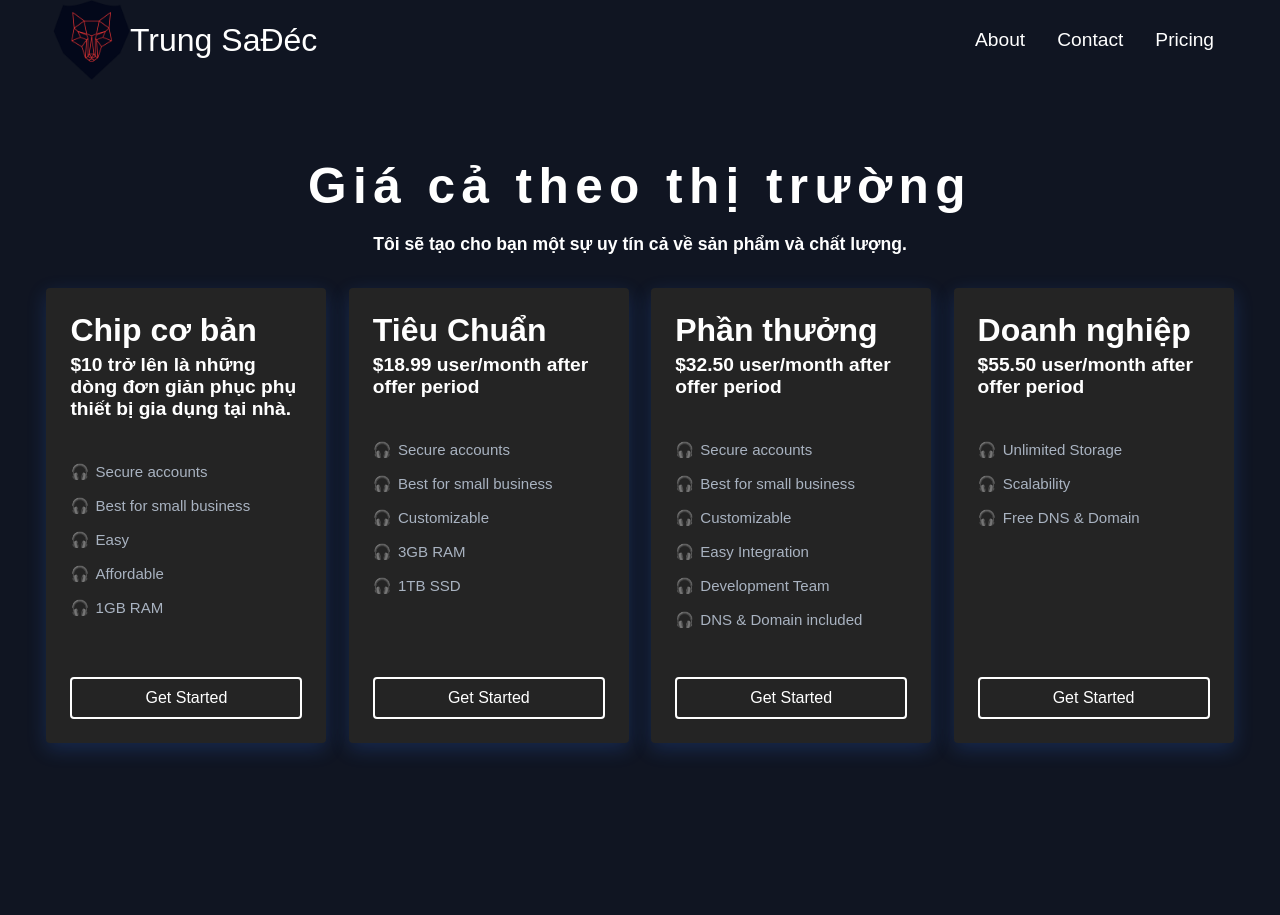
Repository: fdhhhdjd/Profile-Gift-B_H_Q_Trung
Page: /pricing
An editor plug-in stored every save of this project. The page is shown before and after the next save, followed by the edit.
The browser window is 1280 px wide. The pictures show the whole page.
The project was rebuilt for these pictures with package versions that can differ from the ones it lists, and the page was loaded fresh each time. Also part of the build but not shown: src/App.css, src/Pages/Home.js, src/Styles/HeroStyles.js, src/Components/Hero.js. Imported but missing from the stored project, and not drawn on this page: src/Pages/SignUpPage.

Above is the page before, as saved 2021-10-28 16:58:15.

### src/App.js
import logo from "./logo.svg";
import "./App.css";
import { BrowserRouter as Router, Switch, Route } from "react-router-dom";
import { Home, Navbar, GlobalStyles, PricingPage } from "./Imports/Index";
function App() {
  return (
    <>
      <Router>
        <GlobalStyles />
        <Navbar />
        <Switch>
          <Route path="/" exact component={Home} />
          <Route path="/pricing" exact component={PricingPage} />
        </Switch>
      </Router>
    </>
  );
}

export default App;

### src/Imports/Index.js
export { default as Home } from "../Pages/Home";
export { default as PricingPage } from "../Pages/PricingPage";
export { default as SignUpPage } from "../Pages/SignUpPage";
export { default as Navbar } from "../Components/Navbar";
export { default as GlobalStyles } from "../Styles/GlobalStyles";
export { default as Hero } from "../Components/Hero";

### src/Pages/PricingPage.js
import React from "react";
import { Button, Heading, TextWrapper } from "../Styles/GlobalStyles";
import { IconContext } from "react-icons/lib";
import {
  PricingSection,
  PricingWrapper,
  PricingContainer,
  PricingCardInfo,
  PricingCardPlan,
  PricingCardCost,
  PricingCardFeatures,
  PricingCardText,
  PricingCardFeature,
  PricingCard,
} from "../Styles/PricingStyles";
import { pricingData } from "../Data/PricingData";
const PricingPage = () => {
  return (
    <>
      <IconContext.Provider value={{ color: "#a9b3c1", size: "1rem" }}>
        <PricingSection id="pricing">
          <PricingWrapper>
            <Heading>Giá cả theo thị trường</Heading>

            <TextWrapper
              mb="1.4rem"
              weight="600"
              size="1.1rem"
              color="white"
              align="center"
            >
              <br />
              Tôi sẽ tạo cho bạn một sự uy tín cả về sản phẩm và chất lượng.
            </TextWrapper>
            <PricingContainer>
              {pricingData.map((card, index) => (
                <PricingCard key={index}>
                  <PricingCardInfo>
                    <PricingCardPlan>{card.title}</PricingCardPlan>
                    <PricingCardCost>{card.price}</PricingCardCost>
                    <PricingCardText>{card.description}</PricingCardText>
                    <PricingCardFeatures>
                      {card.features.map((feature, index) => (
                        <PricingCardFeature key={index}>
                          {feature}
                        </PricingCardFeature>
                      ))}
                    </PricingCardFeatures>
                    <Button>Get Started</Button>
                  </PricingCardInfo>
                </PricingCard>
              ))}
            </PricingContainer>
          </PricingWrapper>
        </PricingSection>
      </IconContext.Provider>
    </>
  );
};

export default PricingPage;

### src/Components/Navbar.js
import React, { useState } from "react";
import { data } from "../Data/NavbarData";
import { FaRProject, FaTimes } from "react-icons/fa";
import { CgMenuRight } from "react-icons/cg";
import { IconContext } from "react-icons";
import { useLocation, useHistory } from "react-router-dom";
import {
  Nav,
  NavbarContainer,
  NavIcon,
  NavLogo,
  MobileIcon,
  NavMenu,
  NavItem,
  NavLinks,
} from "../Styles/NavbarStyles";
const Navbar = () => {
  const [show, setShow] = useState(false);
  let history = useHistory();
  let location = useLocation();
  const handleClick = () => {
    setShow(!show);
  };
  const scrollTo = (id) => {
    const element = document.getElementById(id);

    element.scrollIntoView({
      behavior: "smooth",
    });
  };
  const closeMobileMenu = (to, id) => {
    if (id && location.pathname === "/") {
      scrollTo(id);
    }

    history.push(to);
    setShow(false);
  };

  return (
    <>
      <IconContext.Provider value={{ color: "#fff" }}>
        <Nav>
          <NavbarContainer>
            <NavLogo to="/">
              <NavIcon src="./assets/logo2.png" alt="logo" />
              Trung&nbsp;SaĐéc
            </NavLogo>
            <MobileIcon onClick={handleClick}>
              {show ? <FaTimes /> : <CgMenuRight />}
            </MobileIcon>
            <NavMenu show={show}>
              {data.map((el, index) => (
                <NavItem key={index}>
                  <NavLinks onClick={() => closeMobileMenu(el.to, el.id)}>
                    {el.title}
                  </NavLinks>
                </NavItem>
              ))}
            </NavMenu>
          </NavbarContainer>
        </Nav>
      </IconContext.Provider>
    </>
  );
};

export default Navbar;

### src/Styles/GlobalStyles.js
import styled, { createGlobalStyle } from "styled-components";

const GlobalStyle = createGlobalStyle`
  *{
    box-sizing: border-box;
  margin: 0;
  padding: 0;
  font-family: 'Montserrat', sans-serif;
  }
`;

export const Container = styled.div`
  width: 100%;
  max-width: 1300px;
  margin-right: auto;
  margin-left: auto;
  padding: 0 50px;

  @media screen and (max-width: 960px) {
    padding: 0 30px;
  }
`;
export const MainHeading = styled.h1`
  font-size: clamp(2.3rem, 6vw, 4.5rem);
  margin-bottom: 2rem;
  color: ${({ inverse }) => (inverse ? "$403ae3" : "#fff")};
  width: 100%;
  letter-spacing: 4px;
  text-align: center;
`;

export const Heading = styled.h2`
  font-size: clamp(1.3rem, 13vw, 3.1rem);
  margin: ${({ margin }) => (margin ? margin : "")};
  margin-bottom: ${({ mb }) => (mb ? mb : "")};
  margin-top: ${({ mt }) => (mt ? mt : "")};
  color: ${({ inverse }) => (inverse ? "$403ae3" : "#fff")};
  letter-spacing: 0.4rem;
  line-height: 1.06;
  text-align: center;
  width: ${({ width }) => (width ? width : "100%")};
`;
export const TextWrapper = styled.span`
  color: ${({ color }) => (color ? color : "")};
  font-size: ${({ size }) => (size ? size : "")};
  font-weight: ${({ weight }) => (weight ? weight : "")};
  letter-spacing: ${({ spacing }) => (spacing ? spacing : "")};
  padding: ${({ padding }) => (padding ? padding : "")};
  margin: ${({ margin }) => (margin ? margin : "")};
  margin-bottom: ${({ mb }) => (mb ? mb : "")};
  margin-top: ${({ mt }) => (mt ? mt : "")};
`;
export const Section = styled.section`
  padding: ${({ padding }) => (padding ? padding : "140px 0")};
  margin: ${({ margin }) => (margin ? margin : "")};
  background: ${({ inverse }) => (inverse ? "white" : "#071c2f")};
  position: ${({ position }) => (position ? position : "")};
  width: ${({ width }) => (width ? width : "auto")};
  min-width: ${({ minWidth }) => (minWidth ? minWidth : "auto")};
  max-width: ${({ maxWidth }) => (maxWidth ? maxWidth : "auto")};
  height: ${({ height }) => (height ? height : "auto")};
  max-height: ${({ maxHeight }) => (maxHeight ? maxHeight : "auto")};
  min-height: ${({ minHeight }) => (minHeight ? minHeight : "auto")};

  @media screen and (max-width: 768px) {
    padding: ${({ smPadding }) => (smPadding ? smPadding : "70px 0")};
  }
`;

export const Row = styled.div`
  display: flex;
  justify-content: ${({ justify }) => (justify ? justify : "")};
  align-items: ${({ align }) => (align ? align : "")};
  gap: ${({ gap }) => (gap ? gap : "")};
  padding: ${({ padding }) => (padding ? padding : "")};
  margin: ${({ margin }) => (margin ? margin : "")};
  position: ${({ position }) => (position ? position : "")};
  width: ${({ width }) => (width ? width : "auto")};
  min-width: ${({ minWidth }) => (minWidth ? minWidth : "auto")};
  max-width: ${({ maxWidth }) => (maxWidth ? maxWidth : "auto")};
  height: ${({ height }) => (height ? height : "auto")};
  max-height: ${({ maxHeight }) => (maxHeight ? maxHeight : "auto")};
  min-height: ${({ minHeight }) => (minHeight ? minHeight : "auto")};
  flex-wrap: ${({ wrap }) => (wrap ? wrap : "")};
`;

export const Column = styled.div`
  display: flex;
  flex-direction: column;
  justify-content: ${({ justify }) => (justify ? justify : "")};
  align-items: ${({ align }) => (align ? align : "")};
  gap: ${({ gap }) => (gap ? gap : "")};
  padding: ${({ padding }) => (padding ? padding : "")};
  margin: ${({ margin }) => (margin ? margin : "")};
  position: ${({ position }) => (position ? position : "")};
  width: ${({ width }) => (width ? width : "auto")};
  min-width: ${({ minWidth }) => (minWidth ? minWidth : "auto")};
  max-width: ${({ maxWidth }) => (maxWidth ? maxWidth : "auto")};
  height: ${({ height }) => (height ? height : "auto")};
  max-height: ${({ maxHeight }) => (maxHeight ? maxHeight : "auto")};
  min-height: ${({ minHeight }) => (minHeight ? minHeight : "auto")};
`;

export const Button = styled.button`
  border-radius: 4px;
  background: none;
  white-space: nowrap;
  padding: 10px 20px;
  font-size: 16px;
  color: #fff;
  outline: none;
  border: 2px solid #fff;
  cursor: pointer;
  overflow: hidden;
  position: relative;

  &:before {
    background: #fff;
    content: "";
    position: absolute;
    top: 50%;
    left: 50%;
    transform: translate(-50%, -50%);
    z-index: -1;
    transition: all 0.6s ease;
    width: 100%;
    height: 0%;
    transform: translate(-50%, -50%) rotate(45deg);
  }

  &:hover:before {
    height: 500%;
  }

  &:hover {
    color: black;
  }
`;

export default GlobalStyle;

### src/Styles/PricingStyles.js
import styled from "styled-components";

export const PricingSection = styled.div`
  padding: 160px 0;
  display: flex;
  flex-direction: column;
  justify-content: center;
  background: #101522;
`;

export const PricingWrapper = styled.div`
  display: flex;
  flex-direction: column;
  align-items: center;
  margin: 0 auto;

  @media screen and (max-width: 960px) {
    margin: 0 30px;
    display: flex;
    flex-direction: column;
    align-items: center;
  }
`;

export const PricingContainer = styled.div`
  display: flex;
  justify-content: center;
  flex-flow: wrap;
  > div {
    margin: 0.7rem;
  }

  @media screen and (max-width: 768px) {
    display: flex;
    flex-direction: column;
    justify-content: center;
    align-items: center;
    width: 100%;
    > div {
      width: 90%;
    }
  }
`;

export const PricingCard = styled.div`
  &:hover {
    transform: scale(1.06);
    transition: all 0.3s ease-out;
  }
`;

export const PricingCardInfo = styled.div`
  background: #242424;
  box-shadow: 0 6px 20px rgba(56, 125, 255, 0.2);
  width: 280px;
  text-decoration: none;
  border-radius: 4px;
  height: 100%;

  display: flex;
  flex-direction: column;
  padding: 24px;
  color: #fff;
  margin: auto;
  > button {
    margin-top: auto;

    &:hover {
      color: black;
      background: white;
      transition: background 0.3s ease;
    }
  }

  @media screen and (max-width: 768px) {
    width: 90%;

    &:hover {
      transform: none;
    }
  }
`;

export const PricingCardPlan = styled.h3`
  margin-bottom: 5px;
  font-size: 2rem;
`;

export const PricingCardCost = styled.h4`
  font-size: 1.2rem;
`;

export const PricingCardText = styled.p`
  font-size: 1.1rem;
  margin: 0.4rem 0 1.3rem;
  color: #a9b3c1;
`;

export const PricingCardFeatures = styled.ul`
  margin: 16px 0 32px;
  list-style: none;
  display: flex;
  flex-direction: column;
  color: #a9b3c1;
`;

export const PricingCardFeature = styled.li`
  margin-bottom: 1rem;
  display: flex;
  font-size: 0.94rem;

  &:before {
    content: "🎧";
    margin-right: 0.4rem;
  }
`;

### src/Data/PricingData.js
export const pricingData = [
  {
    title: "Chip cơ bản",
    price:
      "$10 trở lên là những dòng đơn giản phục phụ thiết bị gia dụng tại nhà.",
    features: [
      "Secure accounts",
      "Best for small business",
      "Easy",
      "Affordable",
      "1GB RAM",
    ],
  },
  {
    title: "Tiêu Chuẩn",
    price: "$18.99 user/month after offer period",
    numAcc: "50-500 accounts",
    features: [
      "Secure accounts",
      "Best for small business",
      "Customizable",
      "3GB RAM",
      "1TB SSD",
    ],
  },
  {
    title: "Phần thưởng ",
    price: "$32.50 user/month after offer period",
    numAcc: "50-1000 accounts",
    features: [
      "Secure accounts",
      "Best for small business",
      "Customizable",
      "Easy Integration",
      "Development Team",
      "DNS & Domain included",
    ],
  },

  {
    title: "Doanh nghiệp",
    price: "$55.50 user/month after offer period ",
    numAcc: "1000+ Accounts",
    features: ["Unlimited Storage", "Scalability", "Free DNS & Domain"],
  },
];

### src/Data/NavbarData.js
export const data = [
  {
    to: "/",
    title: "About",
    id: "about",
  },
  {
    to: "/signup",
    title: "Contact",
  },
  {
    to: "/pricing",
    title: "Pricing",
  },
];

### src/Styles/NavbarStyles.js
import styled from "styled-components";
import { Container } from "../Styles/GlobalStyles";
import { Link } from "react-router-dom";
export const Nav = styled.nav`
  background: transparent;
  margin-bottom: -80px;
  height: 80px;
  display: flex;
  justify-content: center;
  align-items: center;
  font-size: 1.2rem;
  position: absolute;
  top: 0;
  z-index: 50;
  width: 100%;

  transition: background-color 0.3s ease-in;
`;

export const NavbarContainer = styled(Container)`
  display: flex;
  justify-content: start;
  height: 80px;

  ${Container}
`;

export const NavLogo = styled(Link)`
  color: #fff;
  justify-self: flex-start;
  cursor: pointer;
  text-decoration: none;
  font-size: 2rem;
  display: flex;
  align-items: center;
  z-index: 50;
`;

export const NavIcon = styled.img`
  margin-right: 0, 5rem;
  width: 5rem;
`;

export const MobileIcon = styled.div`
  display: none;
  z-index: 50;

  @media screen and (max-width: 960px) {
    display: block;
    position: absolute;
    top: 0;
    right: 0;
    transform: translate(-100%, 60%);
    font-size: 1.8rem;
    cursor: pointer;
  }
`;

export const NavMenu = styled.ul`
  display: flex;
  align-items: center;
  list-style: none;
  text-align: center;
  width: 100%;

  @media screen and (max-width: 960px) {
    flex-direction: column;
    width: 100%;
    height: 100vh;
    position: fixed;
    padding-top: 30%;
    top: 0;
    left: 0;
    opacity: ${({ show }) => (show ? 1 : 0)};
    visibility: ${({ show }) => (show ? "visible" : "hidden")};
    transform: translateY(${({ show }) => (show ? "0" : "-10px")});
    transition: opacity 0.5s ease;
    background-color: #071c2f;
  }

  > li:first-child {
    margin-left: auto;
  }
`;

export const NavItem = styled.li`
  height: 80px;
  cursor: pointer;

  @media screen and (max-width: 960px) {
    width: 100%;

    &:hover {
      border: none;
    }
  }
`;

export const NavLinks = styled.span`
  color: #fff;
  display: flex;
  align-items: center;
  text-decoration: none;
  padding: 0.5rem 1rem;
  height: 100%;

  &:hover {
    color: #c8c9d8;
    transition: all 0.3s ease;
  }

  @media screen and (max-width: 960px) {
    text-align: center;
    padding: 2rem;
    width: 100%;
    display: table;

    &:hover {
      color: #4b59f7;
      transition: all 0.3s ease;
    }
  }
`;

export const NavBtnLink = styled(Link)`
  display: flex;
  justify-content: center;
  align-items: center;
  text-decoration: none;
  padding: 8px 16px;
  height: 100%;
  width: 100%;
  border: none;
  outline: none;
`;

Loaded but not shown: public/index.html (common file); src/index.js (common file); src/index.css (common file); src/reportWebVitals.js (common file)

After the next save:
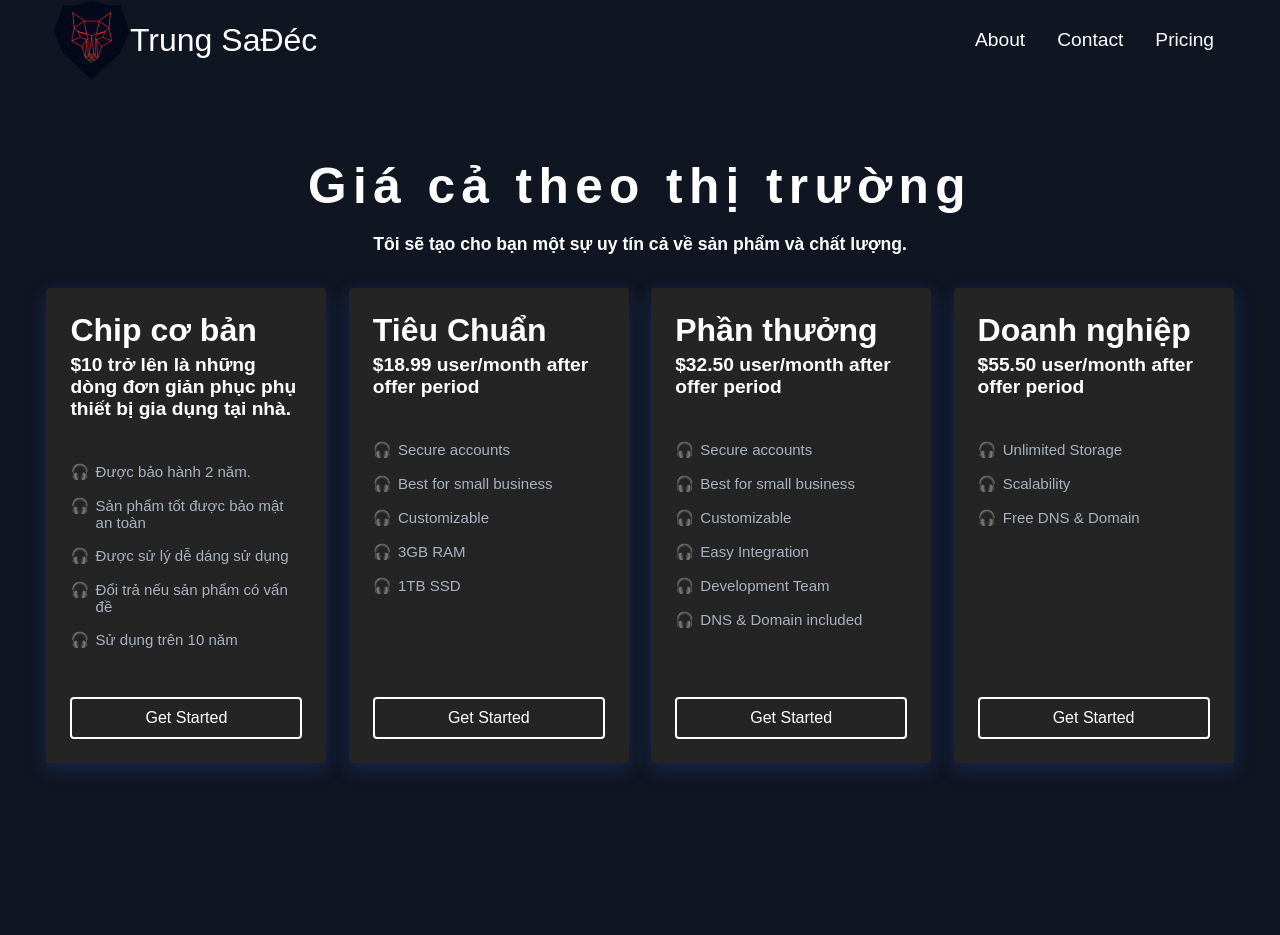
Saved 2 min 7 s later.
--- a/src/Data/PricingData.js
+++ b/src/Data/PricingData.js
@@ -4,11 +4,11 @@ export const pricingData = [
     price:
       "$10 trở lên là những dòng đơn giản phục phụ thiết bị gia dụng tại nhà.",
     features: [
-      "Secure accounts",
-      "Best for small business",
-      "Easy",
-      "Affordable",
-      "1GB RAM",
+      "Được bảo hành 2 năm.",
+      "Sản phẩm tốt được bảo mật an toàn",
+      "Được sử lý dễ dáng sử dụng",
+      "Đổi trả nếu sản phẩm có vấn đề",
+      "Sử dụng trên 10 năm",
     ],
   },
   {
